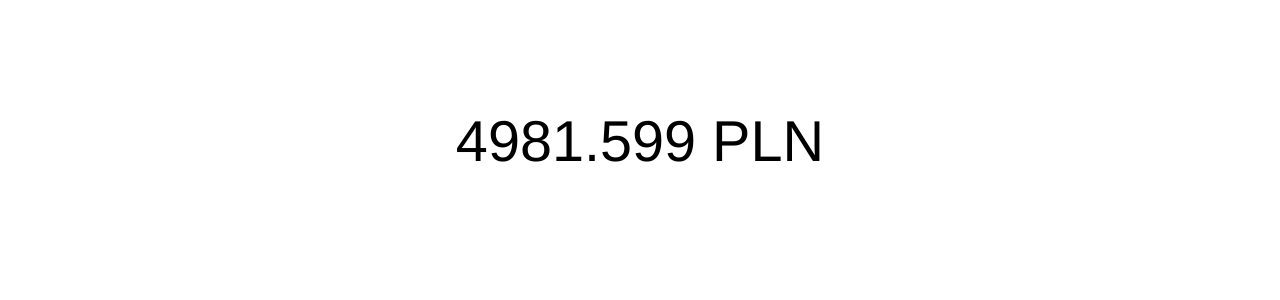
Repository: michalgornicki/bitcoin-virtual
Page: /
An editor plug-in stored every save of this project. The page is shown before and after a run of saves, followed by the edit.
The browser window is 1280 px wide. The pictures show the whole page.
The project was rebuilt for these pictures with package versions that can differ from the ones it lists, and the page was loaded fresh each time.

Above is the page before, as saved 2021-12-05 20:29:52.

After the next 3 saves:
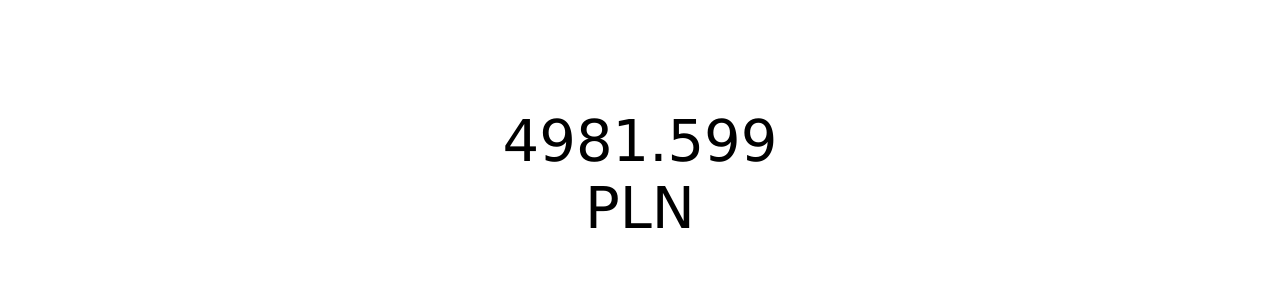
The 3 saves are shown as one change because they came seconds apart.
The last was saved 14 s later.
--- a/src/App.css
+++ b/src/App.css
@@ -1,6 +1,5 @@
 body{
-    font-family: 'Franklin Gothic Medium', 'Arial Narrow', Arial, sans-serif;
-}
+    font-family:'Lucida Sans', 'Lucida Sans Regular', 'Lucida Grande', 'Lucida Sans Unicode', Geneva, Verdana, sans-serif;
 
 .price{
     font-size: 8vmin;
